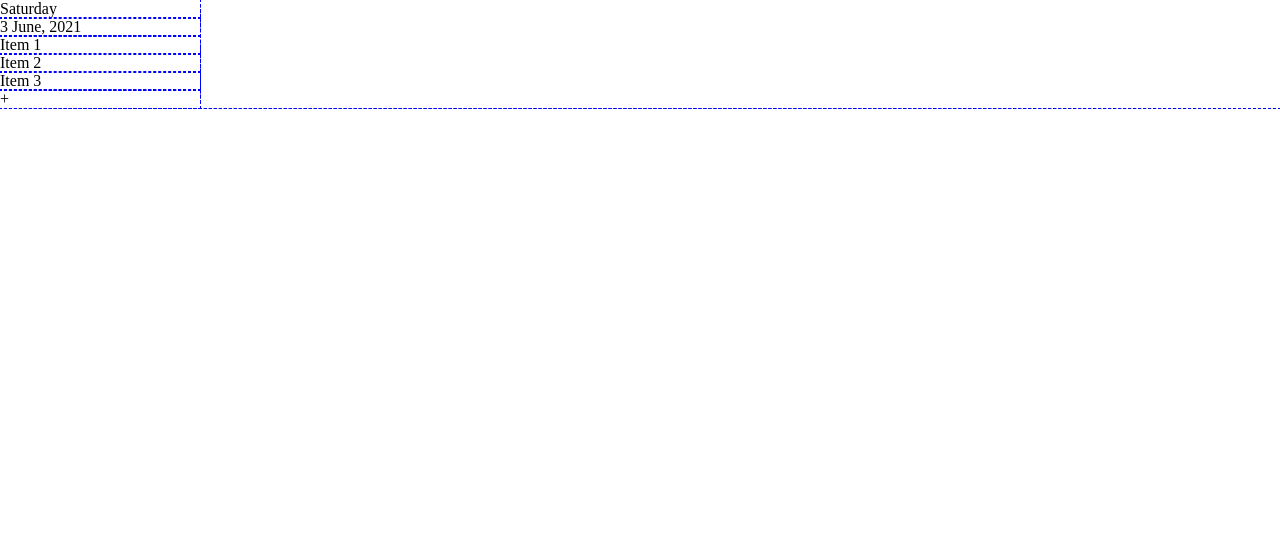
Repository: Colo-Codes/mini-projects
Page: todo-app/index.html
These files come from the project's save history. The page is drawn as it stood at one moment and after the next save; the edit follows.
The browser window is 1280 px wide. The pictures show the whole page.

Above is the page before, as saved 2021-07-04 10:57:01.

After the next save:
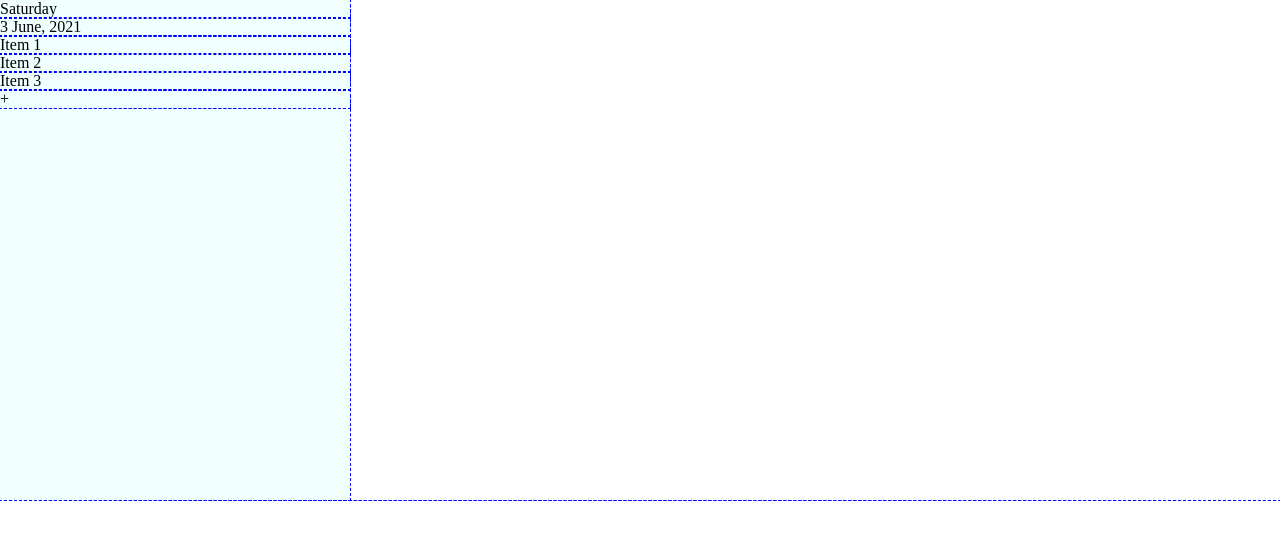
Saved 34 s later.
--- a/todo-app/css/index.css
+++ b/todo-app/css/index.css
@@ -15,6 +15,7 @@ html {
 }
 
 .todo {
-    width: 200px;
-    height: 600;
+    width: 350px;
+    height: 500px;
+    background-color: azure;
 }
